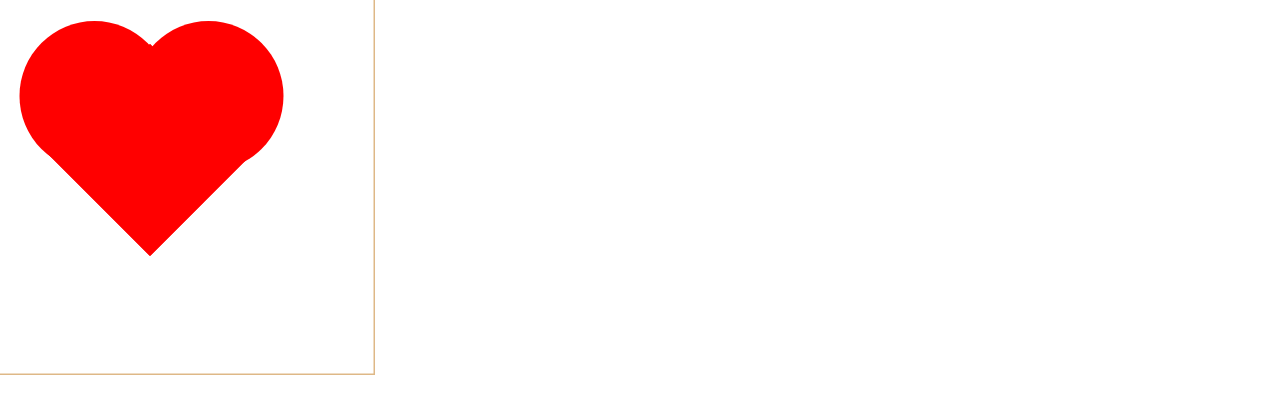
Repository: Lixianlai-2/Css-practice
Page: CSS动画/跳动的心/index.html
The author's editor kept a copy of each file at every save. The page is drawn from the files as they stood at one save, then again after the next save.
The browser window is 1280 px wide. The pictures show the whole page.

Above is the page before, as saved 2021-12-08 23:23:16.

### CSS动画/跳动的心/index.html
<!DOCTYPE html>
<html>
  <head>
    <meta charset="utf-8" />
    <link rel="stylesheet" href="style.css" />
    <title>JS Bin</title>
  </head>

  <body>
    <div class="box">
      <div class="left"></div>
      <div class="right"></div>
      <div class="bottom"></div>
    </div>
  </body>
</html>

### CSS动画/跳动的心/style.css
* {
  margin: 0;
  padding: 0;
  box-sizing: border-box;
}
.box {
  border: 1px solid burlywood;
  position: relative;
  height: 300px;
  width: 300px;
  transition: all 0.5s;
}
.left {
  position: absolute;
  width: 100px;
  height: 100px;
  top: 50%;
  left: 50%;
  transform: translate(-87%, -86%);
  border-radius: 50%;
  background-color: red;
}
.right {
  position: absolute;
  width: 100px;
  height: 100px;
  top: 50%;
  left: 50%;
  transform: translate(-11%, -86%);
  border-radius: 50%;
  background-color: red;
}
.bottom {
  position: absolute;
  border: 1px solid red;
  width: 100px;
  height: 100px;
  top: 50%;
  left: 50%;
  transform: translate(-50%, -50%) rotate(45deg);
  background-color: red;
}
.box:hover {
  transform: scale(1.5);
}

After the next save:
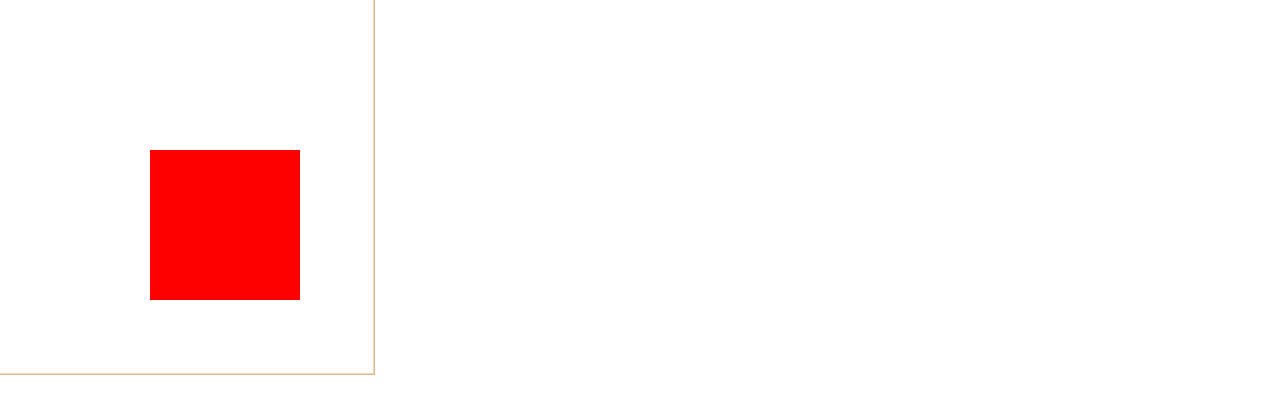
Saved 11 h 59 min later.
--- a/CSS动画/跳动的心/style.css
+++ b/CSS动画/跳动的心/style.css
@@ -16,7 +16,7 @@
   height: 100px;
   top: 50%;
   left: 50%;
-  transform: translate(-87%, -86%);
+  /* transform: translate(-87%, -86%); */
   border-radius: 50%;
   background-color: red;
 }
@@ -26,7 +26,7 @@
   height: 100px;
   top: 50%;
   left: 50%;
-  transform: translate(-11%, -86%);
+  /* transform: translate(-11%, -86%); */
   border-radius: 50%;
   background-color: red;
 }
@@ -37,7 +37,7 @@
   height: 100px;
   top: 50%;
   left: 50%;
-  transform: translate(-50%, -50%) rotate(45deg);
+  /* transform: translate(-50%, -50%) rotate(45deg); */
   background-color: red;
 }
 .box:hover {
